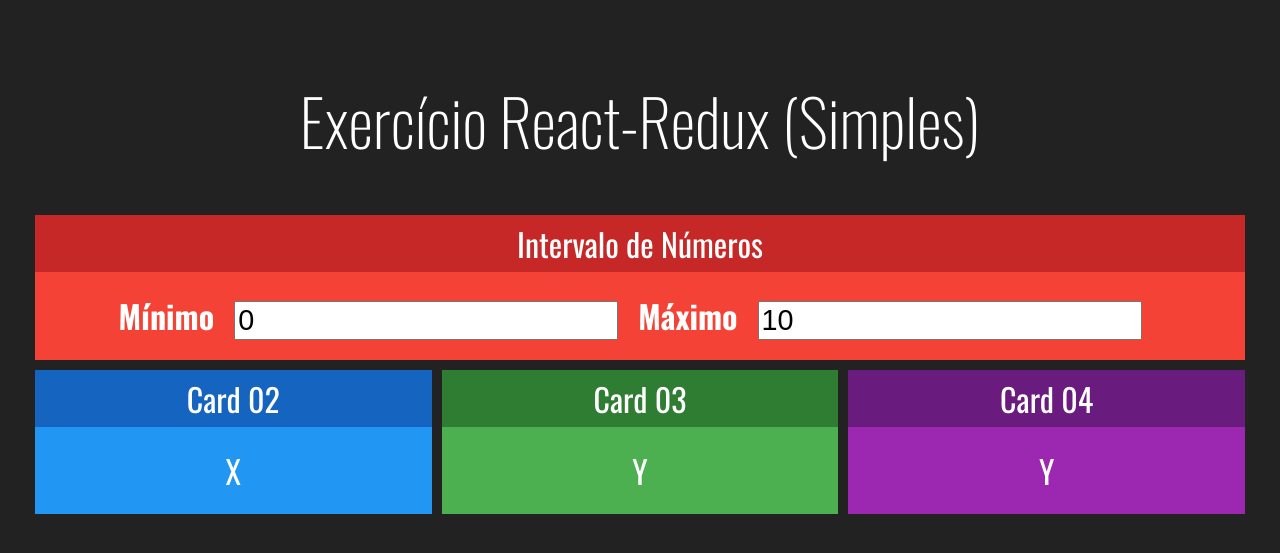
Repository: WellysonP/testando-react-redux
Page: /
An editor plug-in stored every save of this project. The page is shown before and after the next save, followed by the edit.
The browser window is 1280 px wide. The pictures show the whole page.
The project was rebuilt for these pictures with package versions that can differ from the ones it lists, and the page was loaded fresh each time.

Above is the page before, as saved 2023-01-12 18:00:17.

### public/index.html
<!DOCTYPE html>
<html lang="en">
  <head>
    <link rel="preconnect" href="https://fonts.googleapis.com">
<link rel="preconnect" href="https://fonts.gstatic.com" crossorigin>
<link href="https://fonts.googleapis.com/css2?family=Oswald:wght@200;300;400;500;600;700&display=swap" rel="stylesheet">
    <meta charset="utf-8" />
    <link rel="icon" href="%PUBLIC_URL%/favicon.ico" />
    <meta name="viewport" content="width=device-width, initial-scale=1" />
    <meta name="theme-color" content="#000000" />
    <meta
      name="description"
      content="Web site created using create-react-app"
    />
    <link rel="apple-touch-icon" href="%PUBLIC_URL%/logo192.png" />
    <!--
      manifest.json provides metadata used when your web app is installed on a
      user's mobile device or desktop. See https://developers.google.com/web/fundamentals/web-app-manifest/
    -->
    <link rel="manifest" href="%PUBLIC_URL%/manifest.json" />
    <!--
      Notice the use of %PUBLIC_URL% in the tags above.
      It will be replaced with the URL of the `public` folder during the build.
      Only files inside the `public` folder can be referenced from the HTML.

      Unlike "/favicon.ico" or "favicon.ico", "%PUBLIC_URL%/favicon.ico" will
      work correctly both with client-side routing and a non-root public URL.
      Learn how to configure a non-root public URL by running `npm run build`.
    -->
    <title>React App</title>
  </head>
  <body>
    <noscript>You need to enable JavaScript to run this app.</noscript>
    <div id="root"></div>
    <!--
      This HTML file is a template.
      If you open it directly in the browser, you will see an empty page.

      You can add webfonts, meta tags, or analytics to this file.
      The build step will place the bundled scripts into the <body> tag.

      To begin the development, run `npm start` or `yarn start`.
      To create a production bundle, use `npm run build` or `yarn build`.
    -->
  </body>
</html>

### src/index.css
body{
  background-color: #222;
  font-size: 2rem;
  font-family: Oswald;
  color: #fff;
  margin: 30px;
}

### src/App.js
import './App.css';
import Card from './components/Card';
import Intervalo from './components/Intervalo';

function App() {
  return (
    <div className="App">
      <h1>Exercício React-Redux (Simples)</h1>
      <div className='linha'>
        <Intervalo></Intervalo>
      </div>
      <div className='linha'>
      <Card title="Card 02" blue>X</Card>
      <Card title="Card 03" green>Y</Card>
      <Card title="Card 04" purple>Y</Card>
      </div>
    </div>
  );
}

export default App;

### src/App.css
.App{
  display: flex;
  flex-direction: column;
  text-align: center;
}

h1{
  font-weight: 200;
}

.linha{
  display: flex;
}

### src/components/Card.jsx
import "./Card.css"

function getColor(props){
    if(props.red) return "Red"
    if(props.green) return "Green"
    if(props.blue) return "Blue"
    if(props.purple) return "Purple"
    return""
}

export default props => {
    return (
        <div className={`Card ${getColor(props)}`}>
            <div className="Header">
                <span className="Title">{props.title}</span>
            </div>
            <div className="Content">
                {props.children}
            </div>
        </div>
    )
}

### src/components/Intervalo.jsx
import Card from "./Card"
import "./Intervalo.css"


export default props => {
    return (
        <Card title="Intervalo de Números" red>
            <div className="Intervalo">
                <span>
                    <strong>Mínimo</strong>
                    <input type="number" value={0} />
                </span>
                <span>
                    <strong>Máximo</strong>
                    <input type="number" value={10} />
                </span>
            </div>
        </Card>
    )
}

### src/components/Card.css
.Card{
    flex: 1;
    display: flex;
    flex-direction: column;
    margin: 5px;
}

.Card .Header{
    display: flex;
    flex-direction: row;
    justify-content: center;
}

.Card .Header .Title{
    flex: 1;
    padding: 5px;
}

.Card .Content{
    padding: 20px;
}

.Card.Red .Header{ color: #fff; background-color: #c62828;}
.Card.Red .Content{ color: #fff; background-color: #f44336;}

.Card.Green .Header{ color: #fff; background-color: #2e7d32;}
.Card.Green .Content{ color: #fff; background-color: #4caf50;}

.Card.Blue .Header{ color: #fff; background-color: #1565c0;}
.Card.Blue .Content{ color: #fff; background-color: #2196f3;}

.Card.Purple .Header{ color: #fff; background-color: #6A1B7e;}
.Card.Purple .Content{ color: #fff; background-color: #9c27b0;}

### src/components/Intervalo.css
.Intervalo input{
    font-size: 1.8rem;
    margin-left: 20px;
    margin-right: 20px;
}

Loaded but not shown: src/index.js (common file); src/reportWebVitals.js (common file)

After the next save:
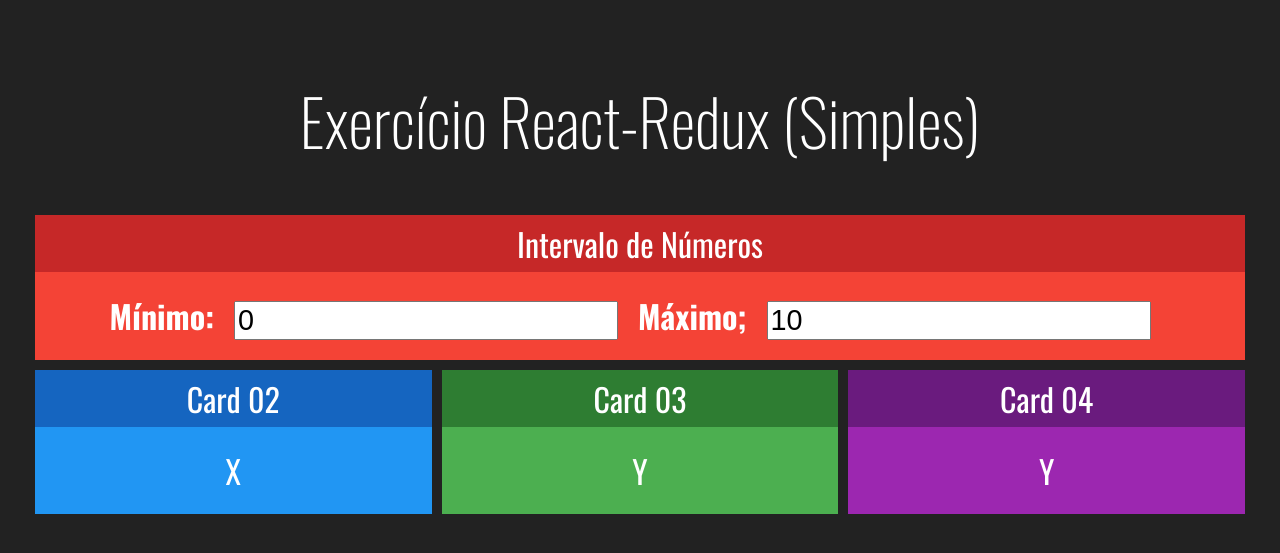
Saved 15 s later.
--- a/src/components/Intervalo.jsx
+++ b/src/components/Intervalo.jsx
@@ -7,11 +7,11 @@ export default props => {
         <Card title="Intervalo de Números" red>
             <div className="Intervalo">
                 <span>
-                    <strong>Mínimo</strong>
+                    <strong>Mínimo:</strong>
                     <input type="number" value={0} />
                 </span>
                 <span>
-                    <strong>Máximo</strong>
+                    <strong>Máximo;</strong>
                     <input type="number" value={10} />
                 </span>
             </div>
